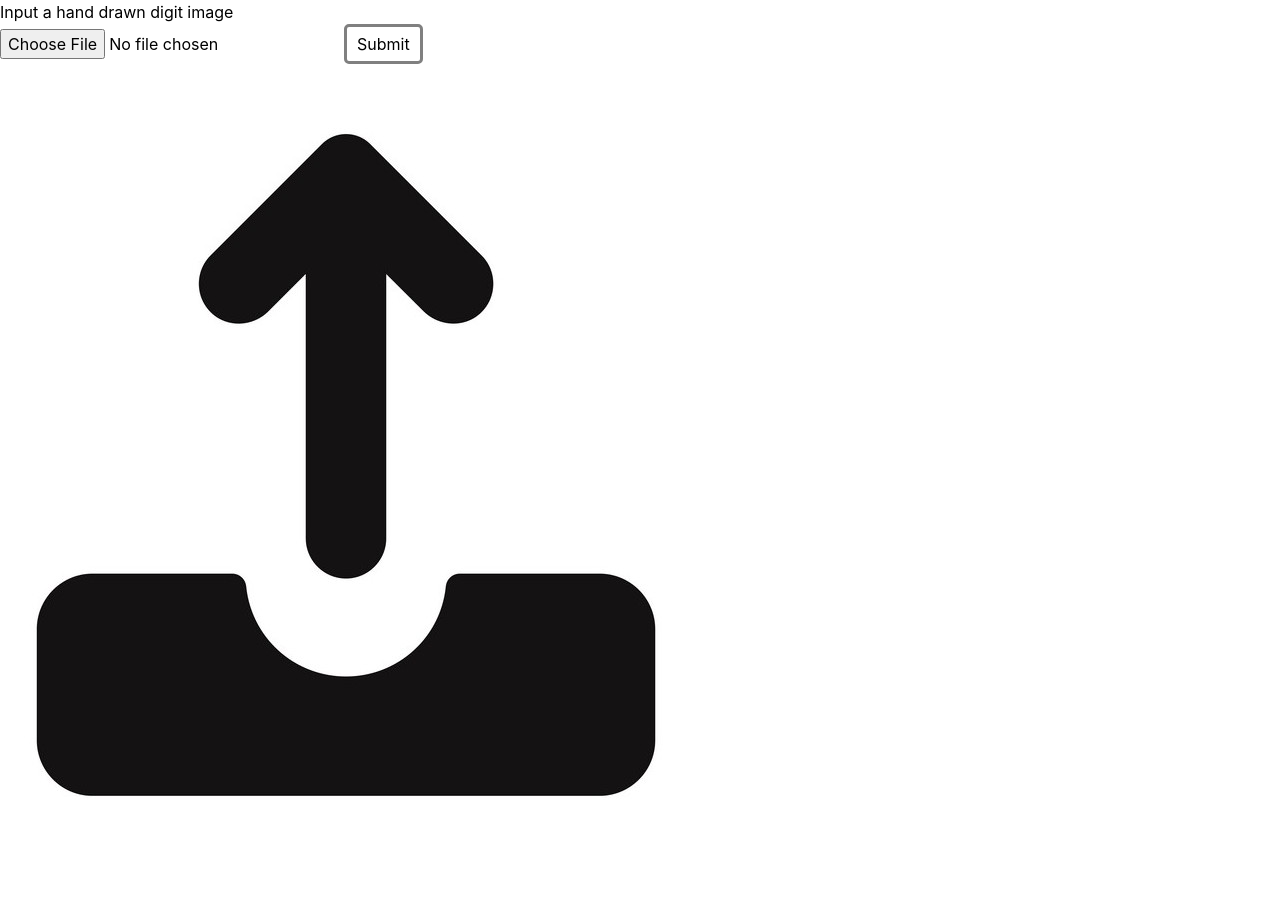
Repository: Laanith/TensorflowModelDeployment
Page: / (app in tensorflownode/)
These files come from the project's save history. The page is drawn as it stood at one moment and after the next save; the edit follows.
The browser window is 1280 px wide. The pictures show the whole page.
The project was rebuilt for these pictures with package versions that can differ from the ones it lists, and the page was loaded fresh each time.

Above is the page before, as saved 2023-10-24 12:56:00.

After the next save:
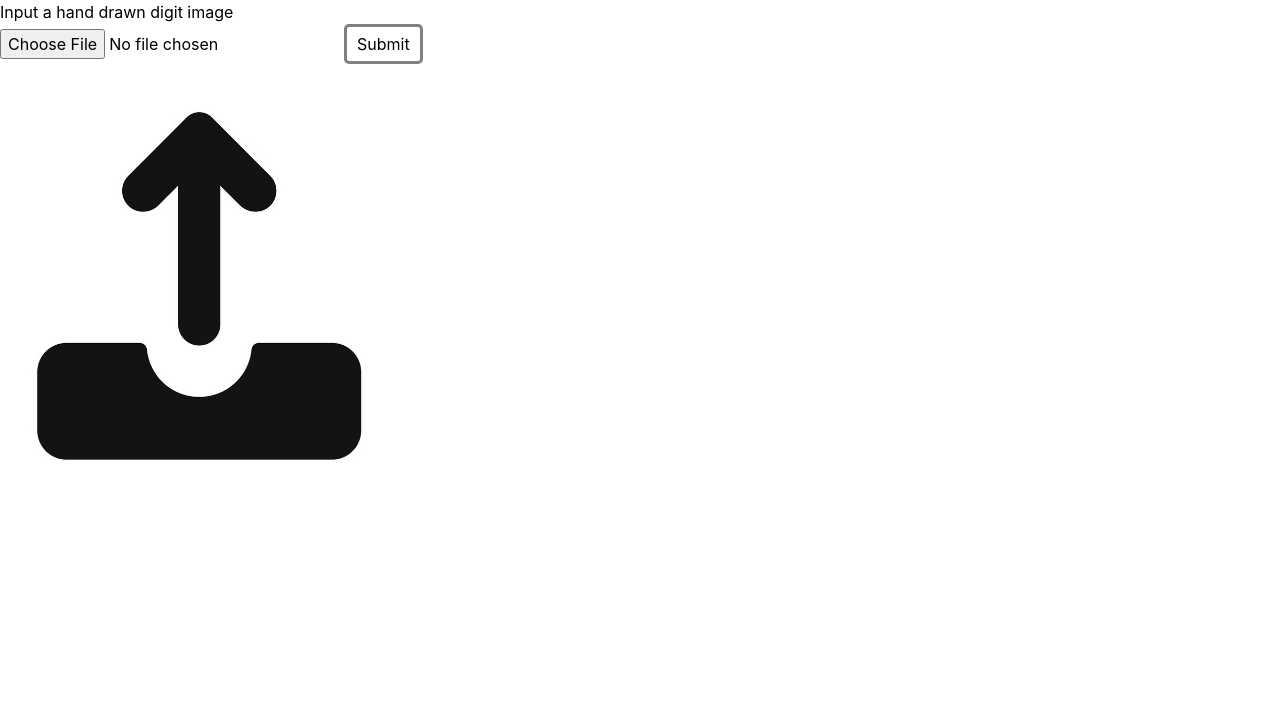
Saved 76 s later.
--- a/tensorflownode/src/App.js
+++ b/tensorflownode/src/App.js
@@ -50,7 +50,17 @@ function App() {
           </form>
 
           <br></br>
-          {!uploaded && <img src="/upload.jpg" alt="upload"></img>}
+          {!uploaded && (
+            <img
+              src="/upload.jpg"
+              alt="upload"
+              style={{
+                width: 400,
+                height: 400,
+                objectFit: "contain",
+              }}
+            ></img>
+          )}
           {uploaded && (
             <img
               src={URL.createObjectURL(file)}
